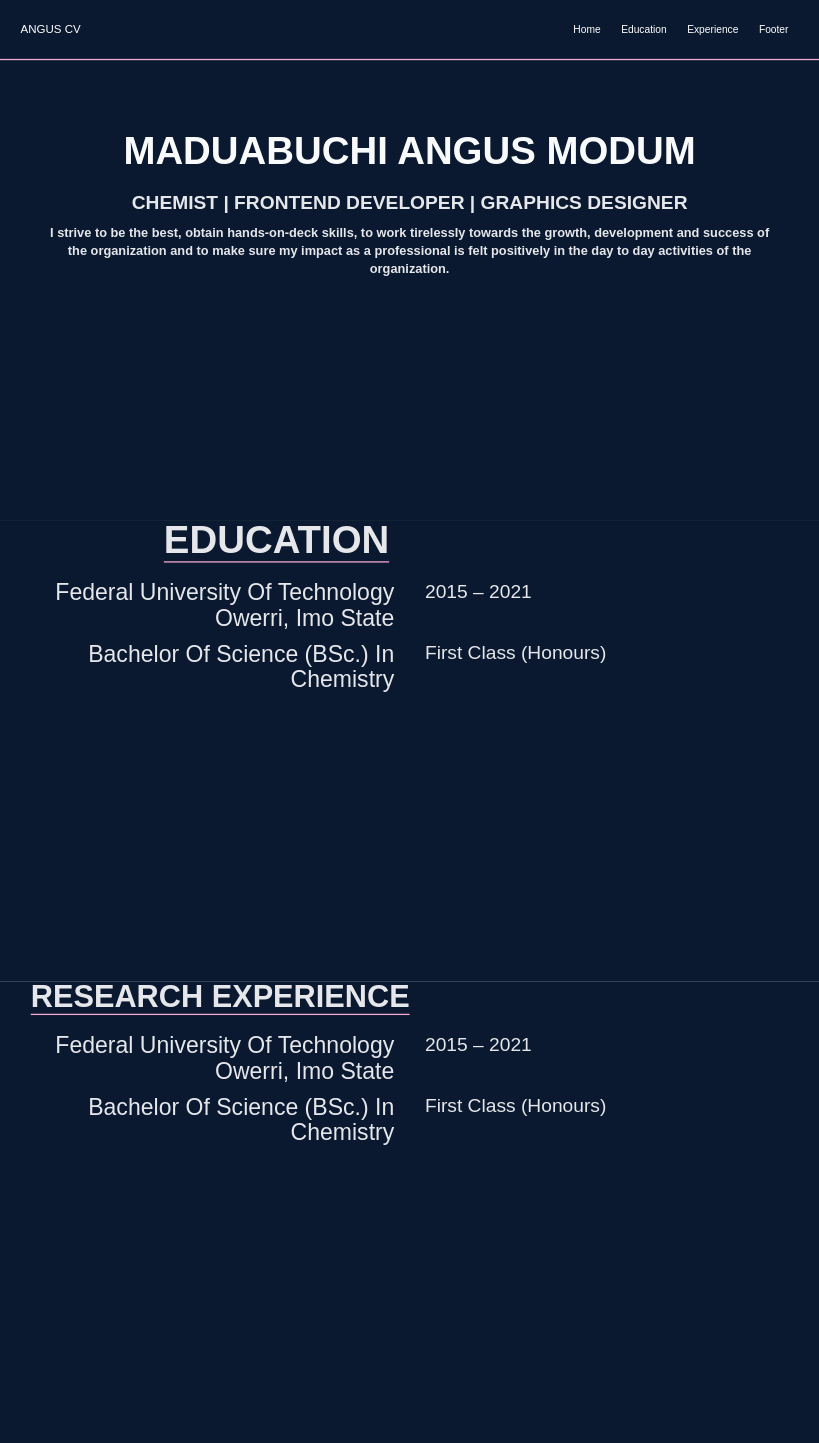
Repository: AngusOnyebuchi/AngusOnyebuchi.github.io
Page: /
The author's editor kept a copy of each file at every save. The page is drawn from the files as they stood at one save, then again after the next save.
The browser window is 1280 px wide. The pictures show the whole page, at 64% of full size.
The project was rebuilt for these pictures with package versions that can differ from the ones it lists, and the page was loaded fresh each time.

Above is the page before, as saved 2022-04-17 20:08:52.

### public/index.html
<!DOCTYPE html>
<html lang="en">
  <head>
    <meta charset="utf-8" />
    <link rel="icon" href="%PUBLIC_URL%/favicon.ico" />
    <meta name="viewport" content="width=device-width, initial-scale=1" />
    <meta name="theme-color" content="#000000" />
    <meta
      name="description"
      content="Web site created using create-react-app"
    />
    <link rel="apple-touch-icon" href="%PUBLIC_URL%/logo192.png" />
    <!--
      manifest.json provides metadata used when your web app is installed on a
      user's mobile device or desktop. See https://developers.google.com/web/fundamentals/web-app-manifest/
    -->
    <link rel="manifest" href="%PUBLIC_URL%/manifest.json" />
    <!--
      Notice the use of %PUBLIC_URL% in the tags above.
      It will be replaced with the URL of the `public` folder during the build.
      Only files inside the `public` folder can be referenced from the HTML.

      Unlike "/favicon.ico" or "favicon.ico", "%PUBLIC_URL%/favicon.ico" will
      work correctly both with client-side routing and a non-root public URL.
      Learn how to configure a non-root public URL by running `npm run build`.
    -->
    <title>Angus CV </title>
  </head>
  <body>
    <noscript>You need to enable JavaScript to run this app.</noscript>
    <div id="root"></div>
    <!--
      This HTML file is a template.
      If you open it directly in the browser, you will see an empty page.

      You can add webfonts, meta tags, or analytics to this file.
      The build step will place the bundled scripts into the <body> tag.

      To begin the development, run `npm start` or `yarn start`.
      To create a production bundle, use `npm run build` or `yarn build`.
    -->
  </body>
</html>

### src/index.js
import React from "react";
import ReactDOM from "react-dom";
import "./style.css"
import App from "./App";

ReactDOM.render(<App/>, document.getElementById("root"))

### src/style.css
@tailwind base;
@tailwind components;
@tailwind utilities;

@layer base {
    body{
        @apply font-[Sans-serif];
    }
    li {
        @apply px-4;
        @apply cursor-pointer;
    }
}

### src/App.js
import React from "react";
import Home from "./components/Home"
import Education from "./components/Education";
import Experience from "./components/Experience";
import NavBar from "./components/NavBar";

export default function App() {
  return (
    <div>
      <NavBar/>
      <Home/>
      <Education/>
      <Experience/>
    </div>
  )
}

### src/components/Home.js
import React from "react";
import {FaWhatsapp, FaLocationArrow, FaSearchLocation} from "react-icons/fa"
import {HiOutlineMail} from "react-icons/hi"

export default function Home() {
    return (
        <div className="w-full h-screen p-4 bg-[#0a192f] text-gray-200">
            <h1 className="text-4xl md:text-6xl font-bold uppercase pt-24 text-center text-gray-50">Maduabuchi Angus Modum</h1>
            <h3 className="text-xl md:text-3xl font-bold uppercase pt-8 text-center">Chemist  |  Frontend Developer  |  Graphics Designer</h3>
            <p className="font-bold text-center justify-center text-lg md:text-xl max-w-[1200px] mx-12 mt-4">I strive to be the best, obtain hands-on-deck skills,
                to work tirelessly towards the growth, development and success of the organization and to make sure my impact
                as a professional is felt positively in the day to day activities of the organization.</p>

        </div>
    )
}

### src/components/Education.js
import React from "react";

export default function Education() {
    return(
        <div className="bg-[#0a192f] w-full h-screen text-gray-200">
            <h1 className="text-4xl md:text-6xl font-bold uppercase pt-24 text-center text-gray-200 inline border-b-2 border-pink-300 ml-24 sm:ml-64">Education</h1>
            <div className="grid grid-cols-2 gap-12 mx-16 pt-8 ">
                <h3 className="capitalize text-xl md:text-4xl text-right">Federal university of technology owerri, Imo state</h3>
                <h4 className="text-lg md:text-3xl ">2015 – 2021</h4>
            </div>
            <div className="grid grid-cols-2 gap-12 mx-16 pt-4">
                <h3 className="capitalize text-xl md:text-4xl text-right">Bachelor of Science (BSc.) in Chemistry</h3>
                <h4 className="text-lg md:text-3xl ">First Class (Honours)</h4>
            </div>
        </div>
    )
}

### src/components/Experience.js
import React from "react";

export default function Experience() {
    return(
        <div className="bg-[#0a192f] w-full h-screen text-gray-200">
            <h1 className="text-3xl md:text-5xl font-bold uppercase pt-24 text-center text-gray-200 inline border-b-2 border-pink-300 ml-12 sm:ml-58">research experience</h1>
            <div className="grid grid-cols-2 gap-12 mx-16 pt-8 ">
                <h3 className="capitalize text-xl md:text-4xl text-right">Federal university of technology owerri, Imo state</h3>
                <h4 className="text-lg md:text-3xl ">2015 – 2021</h4>
            </div>
            <div className="grid grid-cols-2 gap-12 mx-16 pt-4">
                <h3 className="capitalize text-xl md:text-4xl text-right">Bachelor of Science (BSc.) in Chemistry</h3>
                <h4 className="text-lg md:text-3xl ">First Class (Honours)</h4>
            </div>
        </div>
    )
}

### src/components/NavBar.js
import React, {useState} from "react";
import {FaTimes, FaBars} from "react-icons/fa"

export default function NavBar() {

    const [nav, setNav] = useState(true)
    const toggle = () => setNav(!nav)

    return(
        <div className="bg-[#0a192f] text-white w-full p-8 flex justify-between items-center border-b-2 border-pink-300">
            <h1 className="uppercase text-lg">Angus CV</h1>

            <ul className=" hidden sm:flex justify-between">
                <li className="hover:border-b-2 border-pink-300 ">Home</li>
                <li className="hover:border-b-2 border-pink-300 ">Education</li>
                <li className="hover:border-b-2 border-pink-300 ">Experience</li>
                <li className="hover:border-b-2 border-pink-300 ">Footer</li>
            </ul>

            {/** Mobile list */}
            <div onClick={toggle} className="sm:hidden z-10">
                {nav ? <FaBars/> : <FaTimes/>}
            </div>
            <ul className={nav ? 'hidden' : 'absolute top-0 left-0 w-full h-screen bg-inherit flex flex-col justify-center items-center my-8 sm:hidden'}>
                    <li>Home</li>
                    <li>Education</li>
                    <li>Experience</li>
                    <li>Footer</li>
            </ul>
        </div>
    )
}

Loaded but not shown: tailwind.config.js (common file)

After the next save:
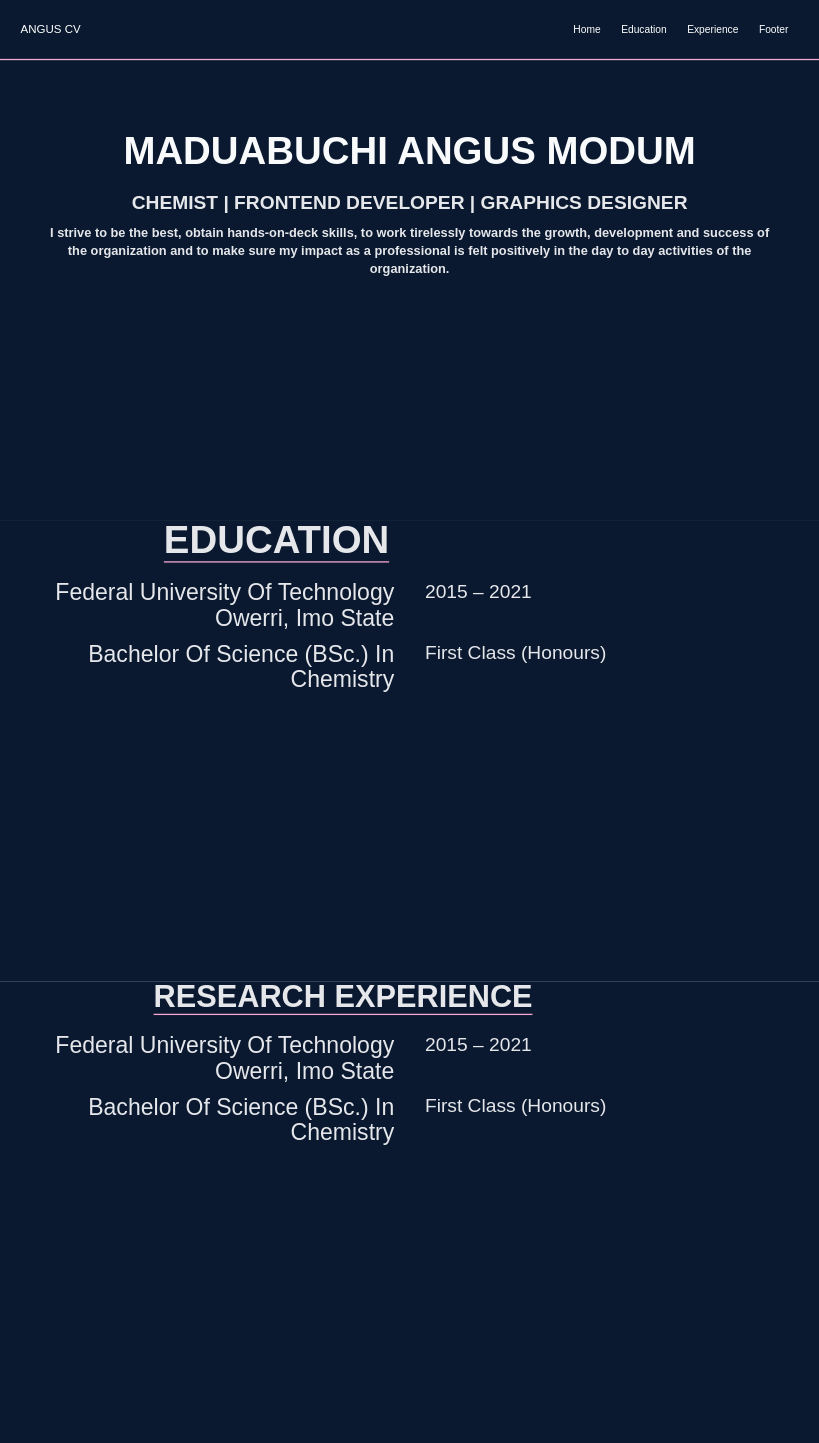
Saved 14 s later.
--- a/src/components/Experience.js
+++ b/src/components/Experience.js
@@ -3,7 +3,7 @@ import React from "react";
 export default function Experience() {
     return(
         <div className="bg-[#0a192f] w-full h-screen text-gray-200">
-            <h1 className="text-3xl md:text-5xl font-bold uppercase pt-24 text-center text-gray-200 inline border-b-2 border-pink-300 ml-12 sm:ml-58">research experience</h1>
+            <h1 className="text-3xl md:text-5xl font-bold uppercase pt-24 text-center text-gray-200 inline border-b-2 border-pink-300 ml-12 sm:ml-60">research experience</h1>
             <div className="grid grid-cols-2 gap-12 mx-16 pt-8 ">
                 <h3 className="capitalize text-xl md:text-4xl text-right">Federal university of technology owerri, Imo state</h3>
                 <h4 className="text-lg md:text-3xl ">2015 – 2021</h4>
